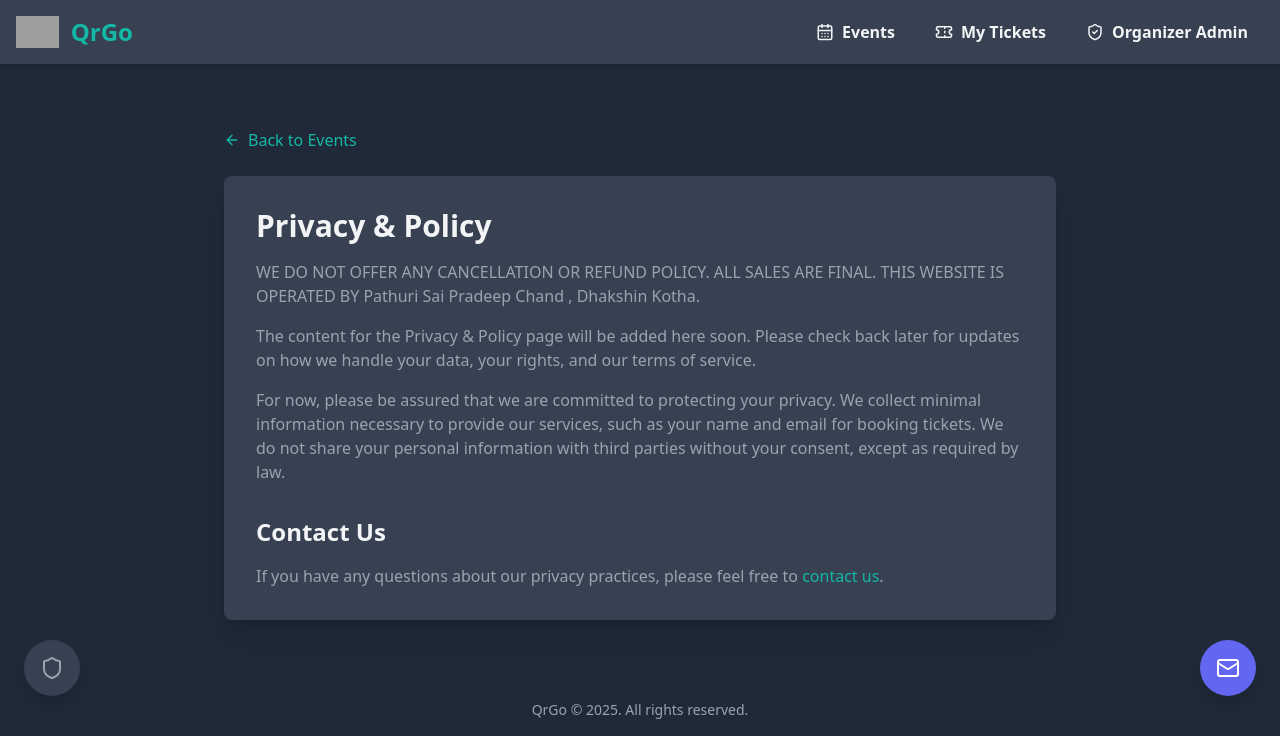
Repository: Dhakshin2007/QrGo
Page: /#/privacy-policy
The author's editor kept a copy of each file at every save. The page is drawn from the files as they stood at one save, then again after the next save.
The browser window is 1280 px wide. The pictures show the whole page.
Pictures or frames that could not be fetched are drawn as grey boxes. Some web libraries are served in a nearby version. The project was rebuilt for these pictures with package versions that can differ from the ones it lists, and the page was loaded fresh each time. Also part of the build but not shown: vite.config.ts, components/EventCard.tsx, pages/HomePage.tsx, pages/BookingPage.tsx, components/TicketCard.tsx, pages/MyTicketsPage.tsx, services/aiService.ts, pages/AdminPage.tsx.

Above is the page before, as saved 2025-08-10 12:45:34.

### index.html
<!DOCTYPE html>
<html lang="en">
  <head>
    <meta name="description" content="Website Used to Host Events and Book Tickets and Inbuild scanning. If You want to Host an Event, Contact Us." />
<meta name="keywords" content="QrGo , QrGo Startup , Events IIT Ropar,Tickets , District , Paytm , Zomato , Ticket Booking , Event Hosting ,  Telugu Students IIT, IIT Ropar culture, IIT Ropar">
<meta name="author" content="Kotha Dhakshin">
<meta property="og:title" content="QrGo - Event Ticket Hosting Platform" />
<meta property="og:description" content="Official site for QrGo. Events, Bookings, and student details." />
<meta property="og:url" content="https://qrgo-weld.vercel.app/" />
<meta property="og:type" content="website" />
<meta property="og:image" content="#" />

  <meta charset="UTF-8" />
    <link rel="icon" type="image/png" href = "https://i.postimg.cc/qqd3M6cN/Google-AI-Studio-2025-08-09-T14-17-15-618-Z.png" />
    <meta name="viewport" content="width=device-width, initial-scale=1.0" />
    <title>QrGo</title>
    <script src="https://cdn.tailwindcss.com"></script>
    <script>
      tailwind.config = {
        theme: {
          extend: {
            colors: {
              'primary': '#14b8a6', // teal-500
              'primary-focus': '#0d9488', // teal-600
              'background': '#1f2937', // gray-800
              'surface': '#374151', // gray-700
              'on-surface': '#f3f4f6', // gray-200
              'on-surface-secondary': '#9ca3af', // gray-400
              'accent': '#6366f1', // indigo-500
            }
          }
        }
      }
    </script>
    <!-- html5-qrcode library -->
    <script src="https://unpkg.com/html5-qrcode" type="text/javascript"></script>
  <script type="importmap">
{
  "imports": {
    "react-router-dom": "https://esm.sh/react-router-dom@^7.8.0",
    "react-dom/": "https://esm.sh/react-dom@^19.1.1/",
    "react/": "https://esm.sh/react@^19.1.1/",
    "react": "https://esm.sh/react@^19.1.1",
    "lucide-react": "https://esm.sh/lucide-react@^0.539.0",
    "html5-qrcode": "https://esm.sh/html5-qrcode@^2.3.8",
    "qrcode": "https://esm.sh/qrcode@^1.5.4",
    "@supabase/supabase-js": "https://esm.sh/@supabase/supabase-js@2",
    "@google/genai": "https://esm.sh/@google/genai@^1.13.0"
  }
}
</script>
</head>
  <body class="bg-background text-on-surface">
    <div id="root"></div>
    <script type="module" src="/index.tsx"></script>
  </body>
</html>

### App.tsx


import React, { createContext, useContext, useState, useEffect, useCallback, ReactNode } from 'react';
import * as ReactRouterDOM from 'react-router-dom';
import HomePage from './pages/HomePage';
import BookingPage from './pages/BookingPage';
import MyTicketsPage from './pages/MyTicketsPage';
import AdminPage from './pages/AdminPage';
import PrivacyPolicyPage from './pages/PrivacyPolicyPage';
import Header from './components/Header';
import { ToastProvider } from './contexts/ToastContext';
import { AuthProvider } from './contexts/AuthContext';
import Toast from './components/Toast';
import { Mail, Shield } from 'lucide-react';
import { Event, EventStatus } from './types';
import { db } from './services/db';

// --- Event Context for Global State Management ---

interface EventContextType {
  events: Event[];
  isLoading: boolean;
  updateEventStatus: (eventId: string, newStatus: EventStatus) => void;
}

const EventContext = createContext<EventContextType | undefined>(undefined);

export const EventProvider: React.FC<{ children: ReactNode }> = ({ children }) => {
  const [events, setEvents] = useState<Event[]>([]);
  const [isLoading, setIsLoading] = useState(true);

  useEffect(() => {
    const fetchEvents = async () => {
      try {
        const initialEvents = await db.getEvents();
        setEvents(initialEvents);
      } catch (error) {
        console.error("Failed to fetch initial events:", error);
      } finally {
        setIsLoading(false);
      }
    };
    fetchEvents();
  }, []);

  const updateEventStatus = useCallback((eventId: string, newStatus: EventStatus) => {
    setEvents(currentEvents =>
      currentEvents.map(event =>
        event.id === eventId ? { ...event, status: newStatus } : event
      )
    );
  }, []);

  return (
    <EventContext.Provider value={{ events, isLoading, updateEventStatus }}>
      {children}
    </EventContext.Provider>
  );
};

export const useEvents = () => {
  const context = useContext(EventContext);
  if (!context) {
    throw new Error('useEvents must be used within an EventProvider');
  }
  return context;
};


// --- Main App Component ---

const App: React.FC = () => {
  return (
    <ToastProvider>
      <AuthProvider>
        <EventProvider>
          <ReactRouterDOM.HashRouter>
            <div className="min-h-screen flex flex-col bg-background">
              <Header />
              <main className="flex-grow container mx-auto px-4 py-8">
                <ReactRouterDOM.Routes>
                  <ReactRouterDOM.Route path="/" element={<HomePage />} />
                  <ReactRouterDOM.Route path="/book/:eventId" element={<BookingPage />} />
                  <ReactRouterDOM.Route path="/my-tickets" element={<MyTicketsPage />} />
                  <ReactRouterDOM.Route path="/admin" element={<AdminPage />} />
                  <ReactRouterDOM.Route path="/privacy-policy" element={<PrivacyPolicyPage />} />
                </ReactRouterDOM.Routes>
              </main>
              <footer className="text-center py-4 text-on-surface-secondary text-sm">
                <p>QrGo &copy; 2025. All rights reserved.</p>
              </footer>
               <ReactRouterDOM.Link
                to="/privacy-policy"
                className="fixed bottom-6 left-6 bg-surface text-on-surface-secondary p-4 rounded-full shadow-lg hover:bg-primary hover:text-white transition-colors flex items-center gap-2 z-50"
                title="Privacy & Policy"
                aria-label="Privacy and Policy"
              >
                <Shield size={24} />
              </ReactRouterDOM.Link>
              <a
                href="mailto:kothadhakshin123@gmail.com"
                className="fixed bottom-6 right-6 bg-accent text-white p-4 rounded-full shadow-lg hover:bg-indigo-600 transition-colors flex items-center gap-2 z-50"
                title="Contact Support"
                aria-label="Contact Support"
              >
                <Mail size={24} />
              </a>
            </div>
          </ReactRouterDOM.HashRouter>
          <Toast />
        </EventProvider>
      </AuthProvider>
    </ToastProvider>
  );
};

export default App;

### pages/PrivacyPolicyPage.tsx

import React from 'react';
import * as ReactRouterDOM from 'react-router-dom';
import { ArrowLeft } from 'lucide-react';

const PrivacyPolicyPage: React.FC = () => {
  return (
    <div className="max-w-4xl mx-auto animate-fade-in p-4 sm:p-6 lg:p-8">
      <ReactRouterDOM.Link to="/" className="flex items-center gap-2 mb-6 text-primary hover:underline">
          <ArrowLeft size={16} /> Back to Events
       </ReactRouterDOM.Link>
      <div className="bg-surface rounded-lg shadow-xl p-8">
        <h1 className="text-3xl font-bold mb-4 text-on-surface">Privacy & Policy</h1>
        <div className="space-y-4 text-on-surface-secondary">
          <p>
            WE DO NOT OFFER ANY CANCELLATION OR REFUND POLICY. ALL SALES ARE FINAL.
            THIS WEBSITE IS OPERATED BY Pathuri Sai Pradeep Chand , Dhakshin Kotha.
            </p>
            <p>
            The content for the Privacy & Policy page will be added here soon.
            Please check back later for updates on how we handle your data, your rights, and our terms of service.
          </p>
          <p>
            For now, please be assured that we are committed to protecting your privacy. We collect minimal information necessary to provide our services, such as your name and email for booking tickets.
            We do not share your personal information with third parties without your consent, except as required by law.
          </p>
          <h2 className="text-2xl font-semibold text-on-surface pt-4">Contact Us</h2>
          <p>
            If you have any questions about our privacy practices, please feel free to <a href="mailto:kothadhakshin123@gmail.com" className="text-primary hover:underline">contact us</a>.
          </p>
        </div>
      </div>
    </div>
  );
};

export default PrivacyPolicyPage;

### components/Header.tsx

import React from 'react';
import * as ReactRouterDOM from 'react-router-dom';
import { Ticket, ShieldCheck, CalendarDays, QrCode } from 'lucide-react';
import { LOGO_URL } from '../constants';

const Header: React.FC = () => {
  const activeLinkClass = "bg-primary text-white";
  const inactiveLinkClass = "text-on-surface hover:bg-surface";

  return (
    <header className="bg-surface shadow-md sticky top-0 z-50">
      <nav className="container mx-auto px-4 py-3 flex justify-between items-center">
        <ReactRouterDOM.Link to="/" className="flex items-center gap-3 text-2xl font-bold text-primary">
          {LOGO_URL ? (
            <img src={LOGO_URL} alt="QrGo Logo" className="h-8 w-auto" />
          ) : (
            <QrCode size={28} />
          )}
          <span>QrGo</span>
        </ReactRouterDOM.Link>
        <div className="flex items-center gap-2">
          <ReactRouterDOM.NavLink
            to="/"
            className={({ isActive }) => `${isActive ? activeLinkClass : inactiveLinkClass} px-4 py-2 rounded-md font-semibold transition-colors duration-200 flex items-center gap-2`}
          >
            <CalendarDays size={18}/> Events
          </ReactRouterDOM.NavLink>
          <ReactRouterDOM.NavLink
            to="/my-tickets"
            className={({ isActive }) => `${isActive ? activeLinkClass : inactiveLinkClass} px-4 py-2 rounded-md font-semibold transition-colors duration-200 flex items-center gap-2`}
          >
            <Ticket size={18}/> My Tickets
          </ReactRouterDOM.NavLink>
          <ReactRouterDOM.NavLink
            to="/admin"
            className={({ isActive }) => `${isActive ? activeLinkClass : inactiveLinkClass} px-4 py-2 rounded-md font-semibold transition-colors duration-200 flex items-center gap-2`}
          >
            <ShieldCheck size={18}/> Organizer Admin
          </ReactRouterDOM.NavLink>
        </div>
      </nav>
    </header>
  );
};

export default Header;

### contexts/ToastContext.tsx
import React, { createContext, useState, useContext, ReactNode, useCallback, useRef } from 'react';

type ToastType = 'success' | 'error' | 'info';

interface ToastState {
  message: string;
  type: ToastType;
  isVisible: boolean;
}

interface ToastContextType {
  showToast: (message: string, type: ToastType) => void;
  toastConfig: ToastState | null;
}

const ToastContext = createContext<ToastContextType | undefined>(undefined);

export const ToastProvider: React.FC<{ children: ReactNode }> = ({ children }) => {
  const [toastConfig, setToastConfig] = useState<ToastState | null>(null);
  const timeoutIdRef = useRef<number | null>(null);

  const showToast = useCallback((message: string, type: ToastType) => {
    if (timeoutIdRef.current) {
      clearTimeout(timeoutIdRef.current);
    }
    setToastConfig({ message, type, isVisible: true });

    timeoutIdRef.current = window.setTimeout(() => {
      setToastConfig(prev => prev ? { ...prev, isVisible: false } : null);
      timeoutIdRef.current = null;
    }, 4000);
  }, []);


  return (
    <ToastContext.Provider value={{ showToast, toastConfig }}>
      {children}
    </ToastContext.Provider>
  );
};

export const useToast = () => {
  const context = useContext(ToastContext);
  if (context === undefined) {
    throw new Error('useToast must be used within a ToastProvider');
  }
  return context;
};

### contexts/AuthContext.tsx
import React, { createContext, useState, useContext, ReactNode, useCallback } from 'react';
import { Organizer } from '../types';

interface AuthState {
  isUserLoggedIn: boolean;
  userEmail: string | null;
  userPin: string | null;
  loggedInOrganizer: Organizer | null;
  loginUser: (email: string, pin: string) => void;
  logoutUser: () => void;
  loginOrganizer: (username: string, secretId: string) => boolean;
  logoutOrganizer: () => void;
}

const AuthContext = createContext<AuthState | undefined>(undefined);

export const AuthProvider: React.FC<{ children: ReactNode }> = ({ children }) => {
  const [isUserLoggedIn, setIsUserLoggedIn] = useState(false);
  const [userEmail, setUserEmail] = useState<string | null>(null);
  const [userPin, setUserPin] = useState<string | null>(null);
  const [loggedInOrganizer, setLoggedInOrganizer] = useState<Organizer | null>(null);

  const loginUser = (email: string, pin:string) => {
    setUserEmail(email.toLowerCase());
    setUserPin(pin);
    setIsUserLoggedIn(true);
  };

  const logoutUser = () => {
    setIsUserLoggedIn(false);
    setUserEmail(null);
    setUserPin(null);
  };

  const loginOrganizer = useCallback((username: string, secretId: string): boolean => {
    // --- Security Note ---
    // In a real production application, this organizer data should NOT be hardcoded here.
    // It should be loaded securely, for example, from environment variables on a server
    // or from a secure configuration service. This prevents sensitive credentials from
    // being exposed in the client-side code.
    // Example for a Node.js environment:
    // const ORGANIZERS = JSON.parse(process.env.ORGANIZERS_JSON || '[]');
    const ORGANIZERS: Organizer[] = [
      { id: 'super-admin', username: 'Dhakshin', secretId: 'Dk07' },
      { id: 'org-1', username: 'TCA', secretId: 'tca@2334' },
      // { id: 'org-2', username: 'TechCon', secretId: 'techcon-secret' }
    ];

    const organizer = ORGANIZERS.find(
        org => org.username.toLowerCase() === username.toLowerCase() && org.secretId === secretId
    );
    if (organizer) {
        setLoggedInOrganizer(organizer);
        return true;
    }
    return false;
  }, []);

  const logoutOrganizer = () => {
      setLoggedInOrganizer(null);
  };

  return (
    <AuthContext.Provider value={{ isUserLoggedIn, userEmail, userPin, loggedInOrganizer, loginUser, logoutUser, loginOrganizer, logoutOrganizer }}>
      {children}
    </AuthContext.Provider>
  );
};

export const useAuth = () => {
  const context = useContext(AuthContext);
  if (context === undefined) {
    throw new Error('useAuth must be used within an AuthProvider');
  }
  return context;
};

### components/Toast.tsx
import React from 'react';
import { useToast } from '../contexts/ToastContext';
import { CheckCircle, XCircle, Info } from 'lucide-react';

const icons = {
  success: <CheckCircle className="text-green-400" size={24} />,
  error: <XCircle className="text-red-400" size={24} />,
  info: <Info className="text-blue-400" size={24} />,
};

const bgColors = {
  success: 'bg-green-500/20 border-green-500',
  error: 'bg-red-500/20 border-red-500',
  info: 'bg-blue-500/20 border-blue-500',
};

const Toast: React.FC = () => {
  const { toastConfig } = useToast();

  if (!toastConfig) {
    return null;
  }

  const { message, type, isVisible } = toastConfig;

  return (
    <div
      aria-live="assertive"
      className={`fixed bottom-5 right-5 z-50 transition-all duration-300 ease-in-out ${isVisible ? 'opacity-100 translate-y-0' : 'opacity-0 translate-y-4'}`}
    >
      <div className={`flex items-center gap-4 p-4 rounded-lg shadow-lg border-l-4 text-on-surface bg-surface ${bgColors[type]}`}>
        <div>{icons[type]}</div>
        <p className="font-semibold">{message}</p>
      </div>
    </div>
  );
};

export default Toast;

### types.ts

export type Organizer = {
  id: string;
  username: string;
  secretId: string;
};

export enum BookingStatus {
  Pending = 'Pending',
  Confirmed = 'Confirmed',
  Rejected = 'Rejected',
}

export enum EventStatus {
  Upcoming = 'Upcoming',
  Ongoing = 'Ongoing',
}

export type Event = {
  id: string;
  organizerId: string;
  name: string;
  date: string;
  venue: string;
  description: string;
  image: string;
  status: EventStatus;
  requiresEntryNumber?: boolean;
  upiId?: string;
  upiLink?: string;
  qrCodeImage?: string;
};

export type Booking = {
  id: string;
  eventId: string;
  userName: string;
  userEmail: string;
  userPhone: string;
  entryNumber: string | null;
  transactionId: string | null;
  paymentProof: string | null; // Public URL to the image in Supabase Storage
  pin: string; // Should be hashed on a real backend
  status: BookingStatus;
  checkedIn: boolean;
  createdAt: string;
};

### services/supabaseClient.ts
import { createClient } from '@supabase/supabase-js';
import { BookingStatus } from '../types';

// --- Supabase Client Initialization ---

// #############################################################################
// #  IMPORTANT: FIX FOR "INVALID API KEY" / "401 UNAUTHORIZED" ERROR          #
// #############################################################################
// # The API key below is a DUMMY key. You MUST replace it with your own.      #
// # 1. Go to your Supabase project dashboard.                                 #
// # 2. Go to Project Settings > API.                                          #
// # 3. Copy the `anon` `public` key.                                          #
// # 4. Paste it here to replace the DUMMY key.                                #
// #############################################################################
const supabaseUrl = 'https://hkniptskidhgpavyejwz.supabase.co';
// This is a valid-looking dummy key to prevent startup crashes. It will not work for API calls.
const supabaseKey = 'sb_publishable_tQDQrjVzkEe6GwUMwAzoYA_YMzWUTT5';

if (supabaseUrl.includes('your-project-url') || supabaseKey.includes('PASTE_YOUR_REAL')) {
    // This will crash the app and show a clear error in the developer console,
    // preventing the app from running in a broken state.
    throw new Error("Supabase credentials are not set! Please update services/supabaseClient.ts with your project's URL and anon key. You can get these from your Supabase project's API settings.");
}


// Define database types for TypeScript support
// The database schema uses quoted identifiers (e.g., "eventId") to match the camelCase used in the application.
export type DbBooking = {
  id: string;
  eventId: string;
  userName: string;
  userEmail: string;
  userPhone: string;
  transactionId: string | null;
  paymentProof: string | null;
  pin: string;
  status: BookingStatus;
  checkedIn: boolean;
  createdAt: string;
};

// This type defines the shape of the data that can be inserted into the 'bookings' table.
export type DbBookingInsert = {
    id: string;
    eventId: string;
    userName: string;
    userEmail: string;
    userPhone: string;
    transactionId: string | null;
    paymentProof: string | null;
    pin: string;
    status: BookingStatus;
    checkedIn: boolean;
    createdAt: string;
};

// This explicit type for updates avoids nested generics which can cause TS errors.
export type DbBookingUpdate = {
    eventId?: string;
    userName?: string;
    userEmail?: string;
    userPhone?: string;
    transactionId?: string | null;
    paymentProof?: string | null;
    pin?: string;
    status?: BookingStatus;
    checkedIn?: boolean;
    createdAt?: string;
}

// New types for the `free_bookings` table
export type DbFreeBooking = {
  id: string;
  eventId: string;
  userName: string;
  userEmail: string;
  userPhone: string;
  entryNumber: string | null;
  pin: string;
  status: BookingStatus;
  checkedIn: boolean;
  createdAt: string;
};

export type DbFreeBookingInsert = {
    id: string;
    eventId: string;
    userName: string;
    userEmail: string;
    userPhone: string;
    entryNumber: string | null;
    pin: string;
    status: BookingStatus;
    checkedIn: boolean;
    createdAt: string;
};

export type DbFreeBookingUpdate = {
    eventId?: string;
    userName?: string;
    userEmail?: string;
    userPhone?: string;
    entryNumber?: string | null;
    pin?: string;
    status?: BookingStatus;
    checkedIn?: boolean;
    createdAt?: string;
};


export interface Database {
  public: {
    Tables: {
      bookings: {
        Row: DbBooking;
        Insert: DbBookingInsert;
        Update: DbBookingUpdate;
      };
      free_bookings: {
        Row: DbFreeBooking;
        Insert: DbFreeBookingInsert;
        Update: DbFreeBookingUpdate;
      };
    };
  };
}


export const supabase = createClient<Database>(supabaseUrl, supabaseKey);

Loaded but not shown: index.tsx (common file); services/db.ts (339 lines, source omitted); constants.ts (92 lines, source omitted)

After the next save:
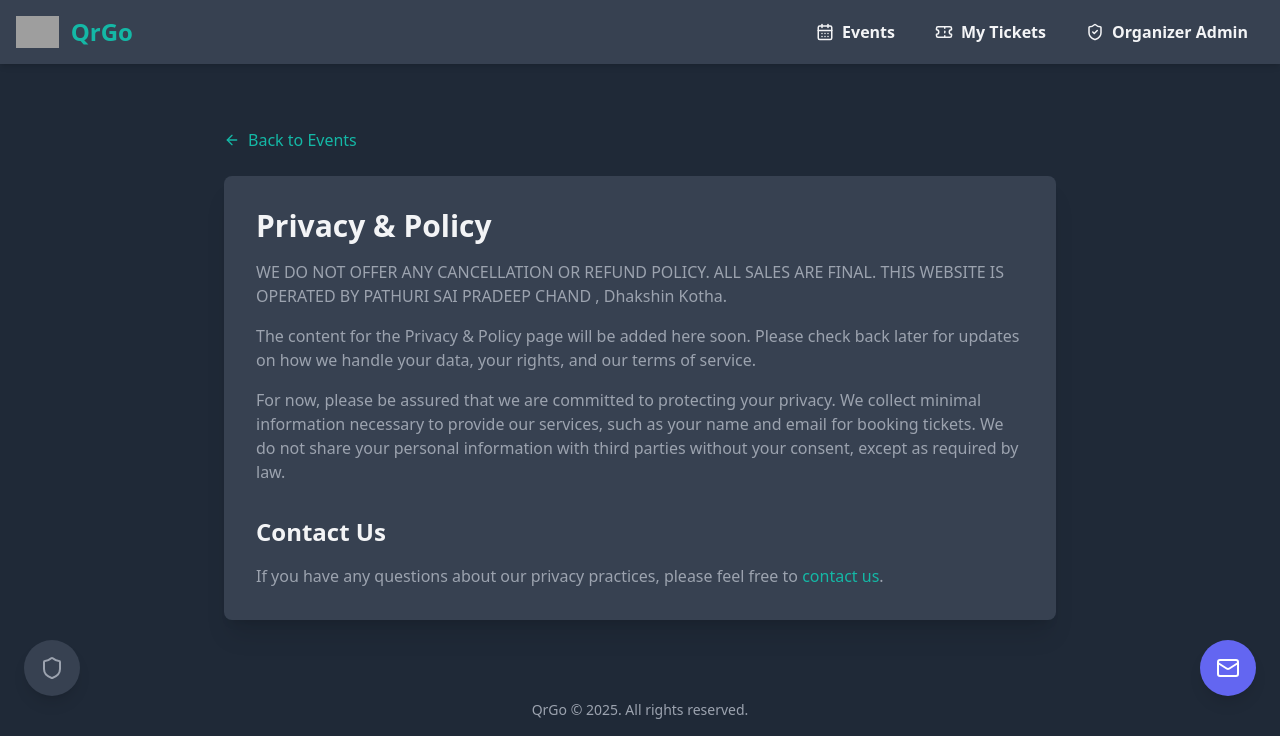
Saved 2 min 10 s later.
--- a/pages/PrivacyPolicyPage.tsx
+++ b/pages/PrivacyPolicyPage.tsx
@@ -14,7 +14,7 @@ const PrivacyPolicyPage: React.FC = () => {
         <div className="space-y-4 text-on-surface-secondary">
           <p>
             WE DO NOT OFFER ANY CANCELLATION OR REFUND POLICY. ALL SALES ARE FINAL.
-            THIS WEBSITE IS OPERATED BY Pathuri Sai Pradeep Chand , Dhakshin Kotha.
+            THIS WEBSITE IS OPERATED BY PATHURI SAI PRADEEP CHAND , Dhakshin Kotha.
             </p>
             <p>
             The content for the Privacy & Policy page will be added here soon.
